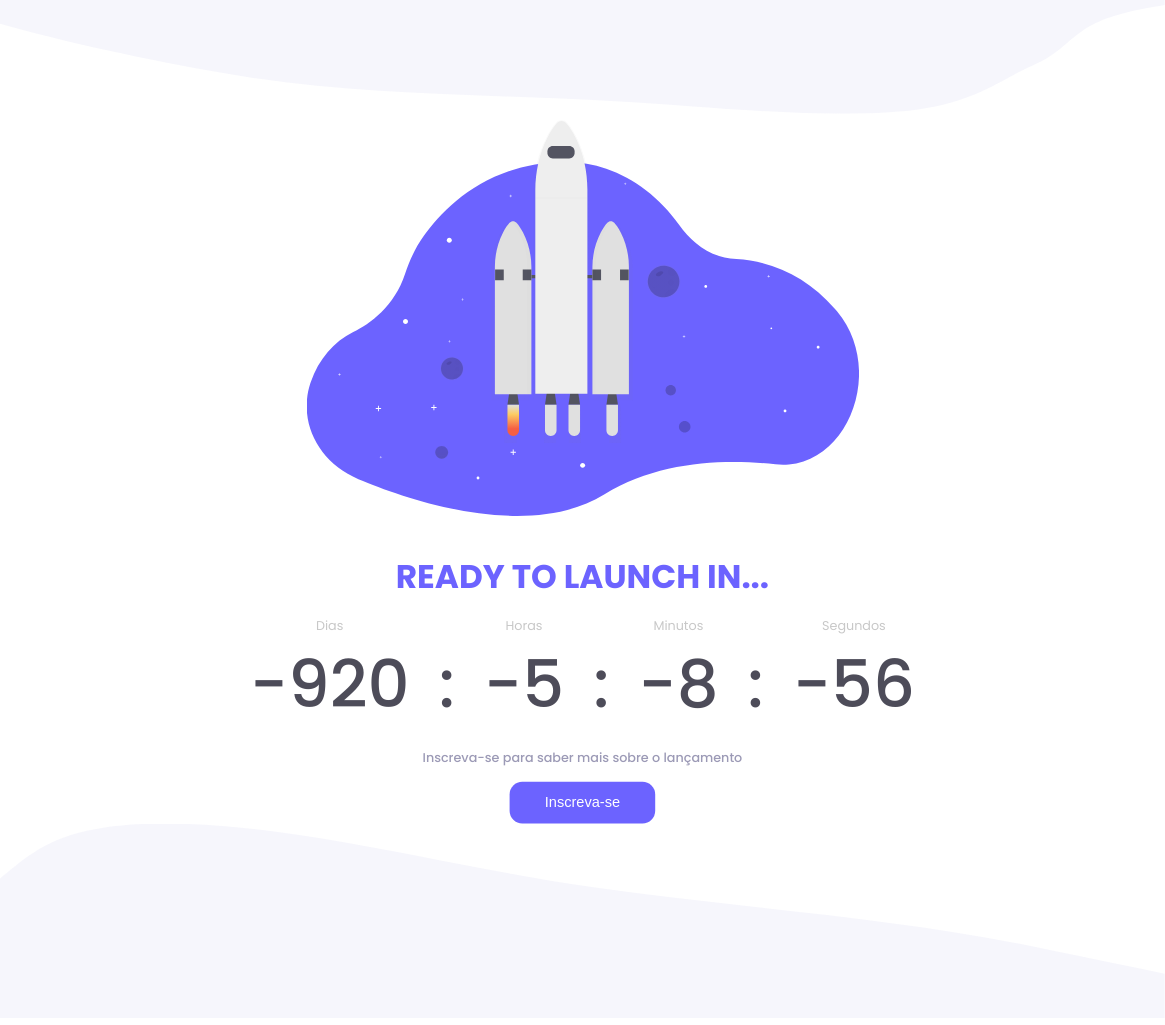
Repository: RickHub2002/Countdown
Page: index.html
The author's editor kept a copy of each file at every save. The page is drawn from the files as they stood at one save, then again after the next save.
The browser window is 1280 px wide. The pictures show the whole page, at 91% of full size.

Above is the page before, as saved 2025-02-05 10:07:55.

After the next save:
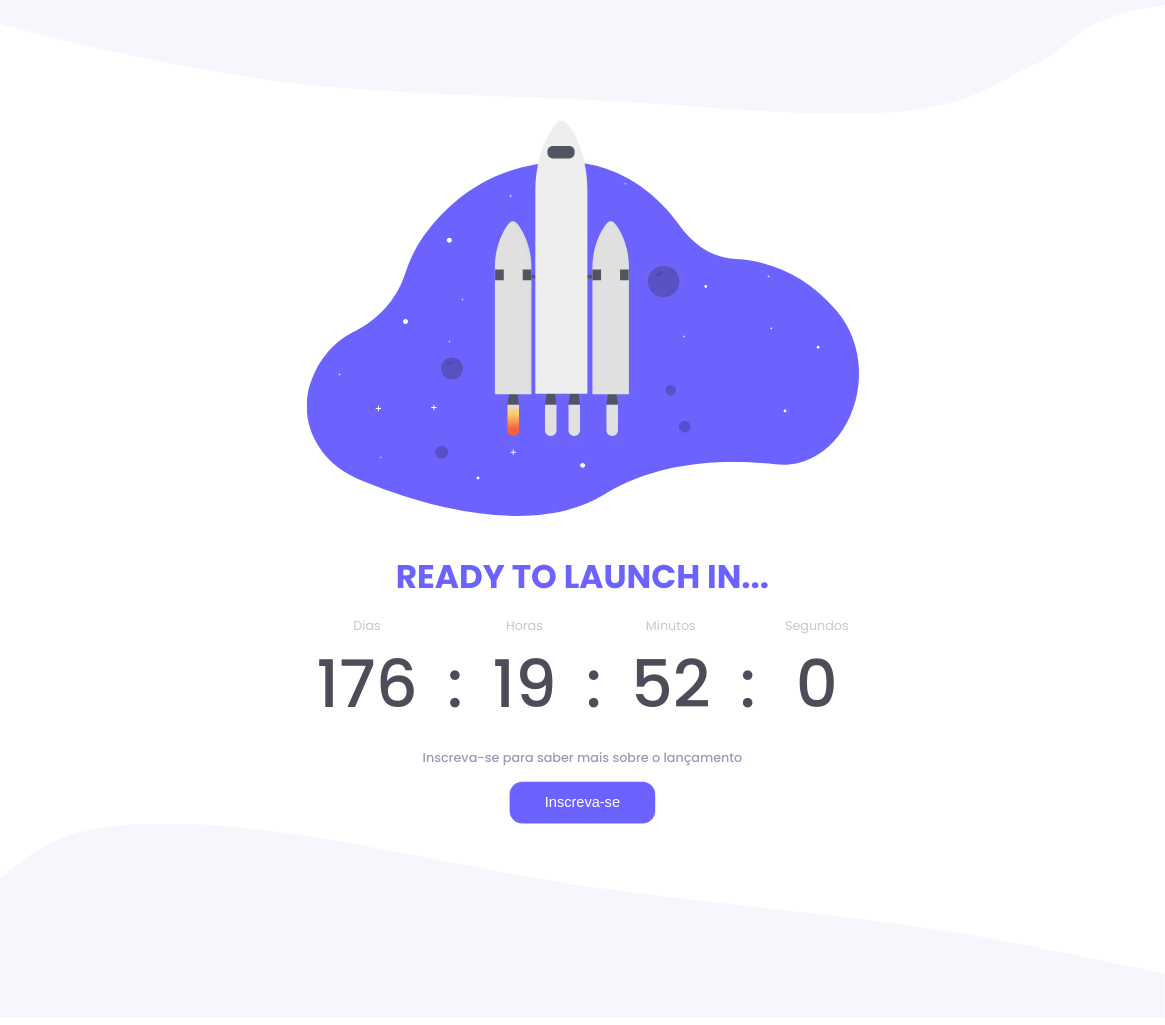
Saved 2 min 8 s later.
--- a/assets/js/main.js
+++ b/assets/js/main.js
@@ -1,4 +1,4 @@
-let countdownDate = new Date("Aug 1, 2022 06:00:00").getTime()
+let countdownDate = new Date("Aug 1, 2025 06:00:00").getTime()
 
 console.log(countdownDate)
 
